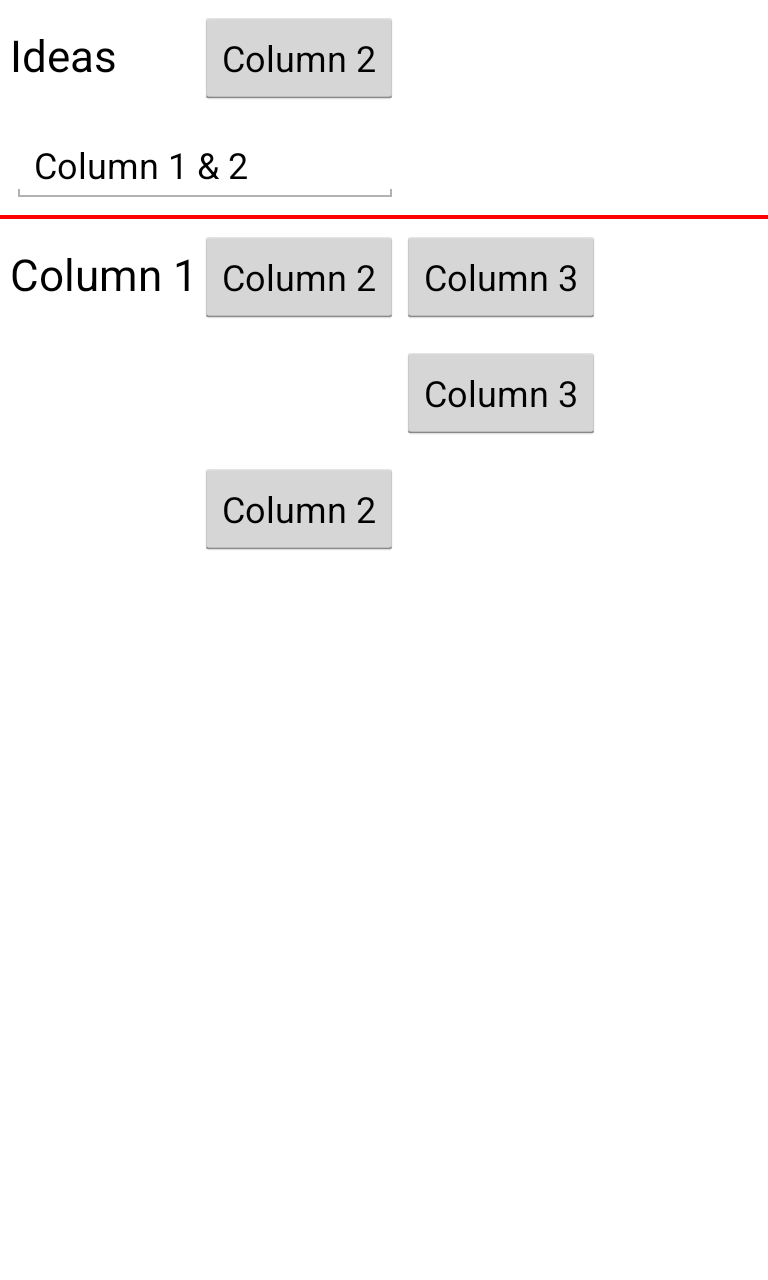
Repository: griffinfujioka/Ideas_Android
Layout: Ideas/res/layout/activity_home.xml
An editor plug-in stored every save of this project. The layout is shown before and after the next save, followed by the edit.
It is drawn on a 768 x 1280 px phone screen (xhdpi) without system bars, with theme AppTheme; the app's code is not run.

Above is the layout before, as saved 2013-11-14 05:31:47.

After the next save:
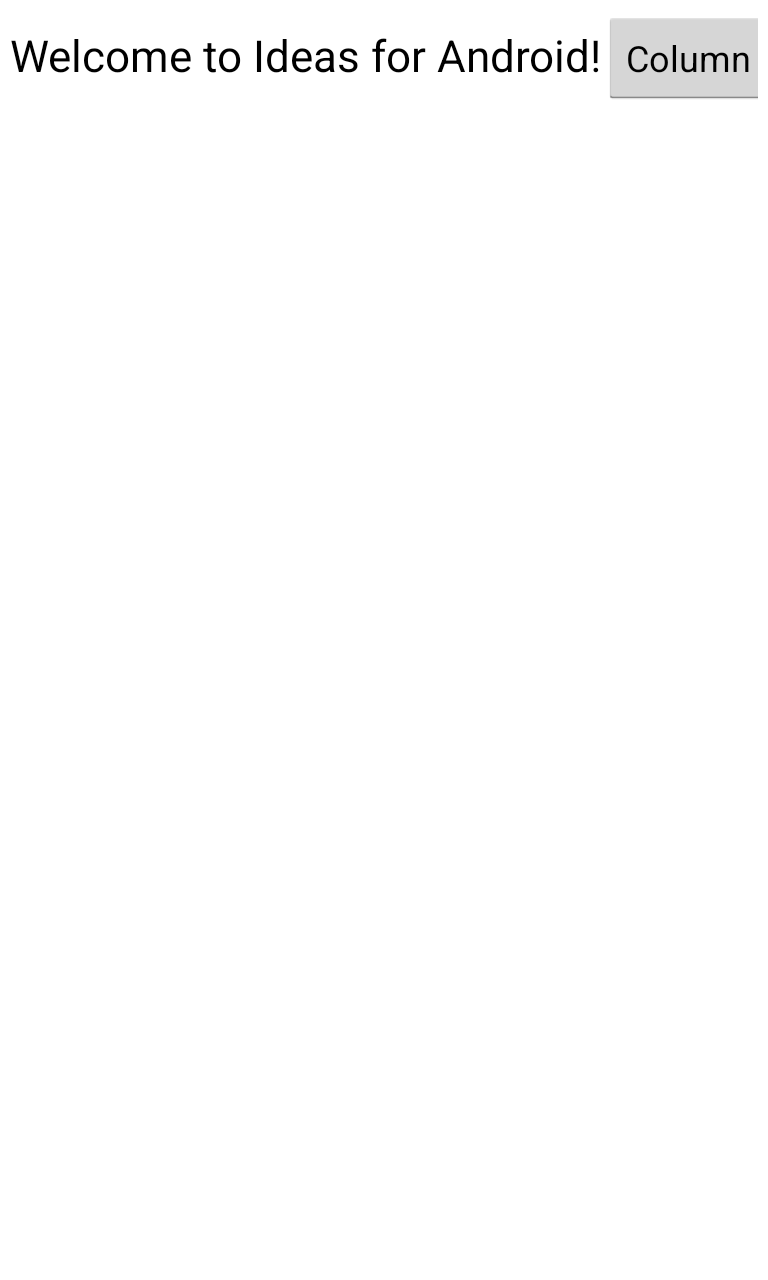
Saved 110 s later.
--- a/Ideas/res/layout/activity_home.xml
+++ b/Ideas/res/layout/activity_home.xml
@@ -13,7 +13,7 @@
 
         <TextView
             android:id="@+id/textView1"
-            android:text="Ideas"
+            android:text="@string/welcome"
             android:textAppearance="?android:attr/textAppearanceLarge" />
 
         <Button
@@ -21,69 +21,6 @@
             android:text="Column 2" />
     </TableRow>
 
-    <!-- edittext span 2 column -->
-    <TableRow
-        android:id="@+id/tableRow2"
-        android:layout_width="wrap_content"
-        android:layout_height="wrap_content"
-        android:padding="5dip" >
 
-        <EditText
-            android:id="@+id/editText1"
-            android:layout_span="2"
-            android:text="Column 1 &amp; 2" />
-    </TableRow>
-
-    <!-- just draw a red line -->
-    <View
-        android:layout_height="2dip"
-        android:background="#FF0000" />
-
-    <!-- 3 columns -->
-    <TableRow
-        android:id="@+id/tableRow3"
-        android:layout_width="wrap_content"
-        android:layout_height="wrap_content"
-        android:padding="5dip" >
-
-        <TextView
-            android:id="@+id/textView2"
-            android:text="Column 1"
-            android:textAppearance="?android:attr/textAppearanceLarge" />
-
-        <Button
-            android:id="@+id/button2"
-            android:text="Column 2" />
-
-        <Button
-            android:id="@+id/button3"
-            android:text="Column 3" />
-    </TableRow>
-
-    <!-- display this button in 3rd column via layout_column(zero based) -->
-    <TableRow
-        android:id="@+id/tableRow4"
-        android:layout_width="wrap_content"
-        android:layout_height="wrap_content"
-        android:padding="5dip" >
-
-        <Button
-            android:id="@+id/button4"
-            android:layout_column="2"
-            android:text="Column 3" />
-    </TableRow>
-
-    <!-- display this button in 2nd column via layout_column(zero based) -->
-    <TableRow
-        android:id="@+id/tableRow5"
-        android:layout_width="wrap_content"
-        android:layout_height="wrap_content"
-        android:padding="5dip" >
-
-        <Button
-            android:id="@+id/button5"
-            android:layout_column="1"
-            android:text="Column 2" />
-    </TableRow>
 
 </TableLayout>
